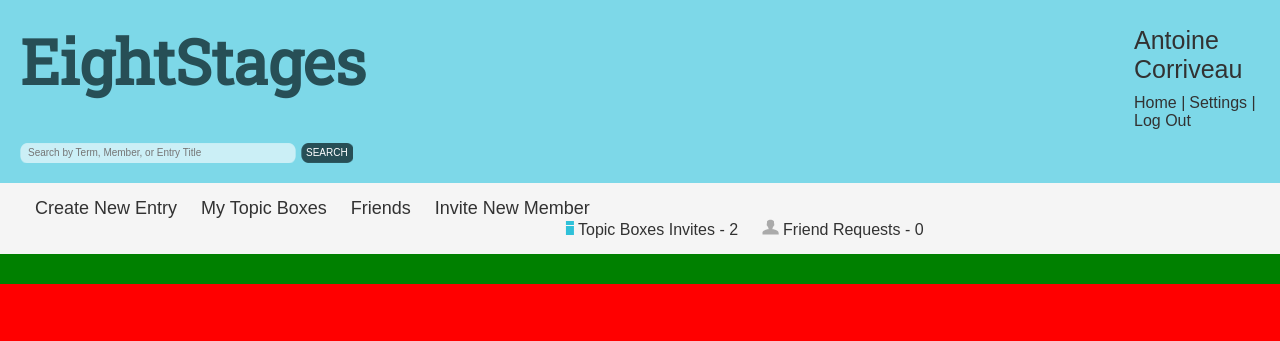
Repository: bhattaraib58/eighstages-lf-design
Page: Assignment 3/Eight Stages Website Mockup Done/index.html
These files come from the project's save history. The page is drawn as it stood at one moment and after the next save; the edit follows.
The browser window is 1280 px wide. The pictures show the whole page.
Some web fonts or font styles are not loaded; a fallback is used.

Above is the page before, as saved 2019-06-09 23:17:06.

### Assignment 3/Eight Stages Website Mockup Done/index.html
<!DOCTYPE html>
<html lang="en">

<head>
    <meta charset="UTF-8">
    <meta name="viewport" content="width=device-width, initial-scale=1.0">
    <meta http-equiv="X-UA-Compatible" content="ie=edge">
    <link href="https://fonts.googleapis.com/css?family=Roboto+Slab:300,400&display=swap" rel="stylesheet">
    <link href="https://fonts.googleapis.com/css?family=Istok+Web&display=swap" rel="stylesheet">
    <link rel="stylesheet" href="css/reset.css">
    <link rel="stylesheet" href="css/style.css">
    <title>EightStages</title>
</head>

<body>
    <div class="header">
        <div class="top-header clearfix">
            <div class="logo-search">
                <div class="logo">
                    <h1><a href="#">EightStages</a></h1>
                </div>
                <form action="#">
                    <div class="input">
                        <input type="text" name="search-box" placeholder="Search by Term, Member, or Entry Title">
                    </div>
                    <div class="button">
                        <button type="submit">SEARCH</button>
                    </div>
                </form>
            </div>
            <div class="profile-info">
                <div class="title"><a href="#">Antoine Corriveau</a></div>
                <ul class="horizontal-line">
                    <li><a href="#">Home |</a></li>
                    <li><a href="#">Settings |</a></li>
                    <li><a href="#">Log Out</a></li>
                </ul>
            </div>
        </div>
        <div class="bottom-header clearfix">
            <ul class="menu-items">
                <li><a href="#">Create New Entry</a></li>
                <li><a href="#">My Topic Boxes</a></li>
                <li><a href="#">Friends</a></li>
                <li><a href="#">Invite New Member</a></li>
            </ul>
            <div class="user-info">
                <a href="#" class="topic-invites">
                    <img src="images/topic-invites.png" alt="Topic Invites Icon">
                    <span>Topic Boxes Invites - </span>
                    <span>2</span>
                </a>
                <a href="#" class="friend-requests">
                    <img src="images/user.png" alt="User Icon">
                    <span>Friend Requests - </span>
                    <span>0</span>
                </a>
            </div>
        </div>
    </div>
    <div class="container">
        <div class="searches-entries-container">
            <div class="searches-container">

            </div>
            <div class="entries-container">

            </div>
        </div>
        <div class="short-links-container">

        </div>
    </div>
</body>

</html>

### Assignment 3/Eight Stages Website Mockup Done/css/reset.css
*
{
    margin: 0px;
    padding: 0px;
    box-sizing: border-box;
}

### Assignment 3/Eight Stages Website Mockup Done/css/style.css
body {
    background-color: red;
}

.header {
    background-color: green;
}

.top-header {
    background-color: #7dd8e8;
    padding: 20px;
}

.logo-search {
    width: 60%;
    float: left;
}

.clearfix::after {
    content: "";
    clear: both;
    display: table;
}

.logo {
    margin-right: 22px;
    font-family: 'Roboto Slab', serif;
    float: left;
}

.logo a {
    color: #274f56;
    text-decoration: none;
    font-size: 62px;
}

form {
    float: left;
    margin-top: 40px;
    margin-right: 178px;
}

form input {
    margin-right: 5px;
    width: 276px;
    height: 20px;
    background-color: transparent;
    border: 0px;
    padding: 8px;
    font-size: 10px;
    color: #5c5c5c;
    font-family: "Istok Web ", sans-serif;
    outline: none;
    display: inline-block;
}

form .input {
    background: url(../images/input.png) no-repeat;
    float: left;
}

form button {
    display: inline-block;
    outline: none;
    color: #ffffff;
    font-family: "Istok Web ", sans-serif;
    background-color: transparent;
    border: 0px;
    padding: 5px;
    font-size: 10px;
    text-align: center;
    display: inline-block;
}

form .button {
    background: url(../images/button.png) no-repeat;
    float: left;
}

.profile-info {
    width: 40%;
    float: right;
    margin-top: 6px;
    padding-left: 370px;
}

.title {
    font-size: 25px;
    font-family: "Muli", sans-serif;
    margin-bottom: 10px;
}

.profile-info a {
    color: #323232;
    text-decoration: none;
}

ul.horizontal-line li {
    display: inline;
    font-family: "Istok Web ", sans-serif;
    font-size: 16px;
}

.bottom-header {
    background-color: #f5f5f5;
    padding: 15px;
}
.menu-items
{
    float: left;
}
.menu-items li {
    display: inline-block;
    font-family: "Istok Web ", sans-serif;
    font-size: 18px;
    margin-left: 20px;
}
.menu-items a {
    color: #323232;
    text-decoration: none;
}
.user-info
{
    float: left;
    margin-left: 550px;
}
.user-info a
{
    margin-right: 20px;
    text-decoration: none;
    color: #323232;
}

.user-info span
{
    font-family: "Istok Web ", sans-serif;
    font-size: 16px;
}

.container
{
    padding:30px 20px 0px 20px;
    background-color:green;
}

.searches-entries-container
{
    width: 70%;
    background-color:#274f56;
    content: "Hello";
    float: left;
}
.short-links-container
{
    width: 30%;
    background-color:purple;
    float: left;
}

After the next save:
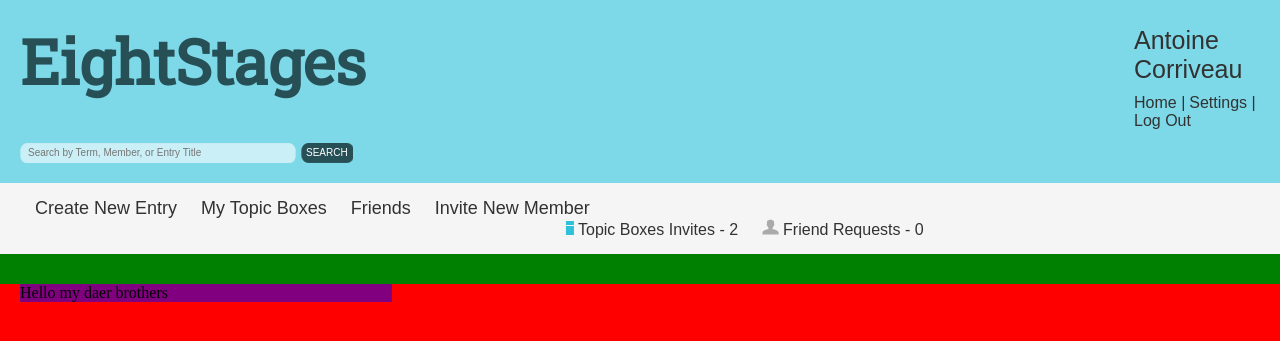
Saved 15 s later.
--- a/Assignment 3/Eight Stages Website Mockup Done/index.html
+++ b/Assignment 3/Eight Stages Website Mockup Done/index.html
@@ -68,7 +68,7 @@
             </div>
         </div>
         <div class="short-links-container">
-
+            Hello my daer brothers
         </div>
     </div>
 </body>
